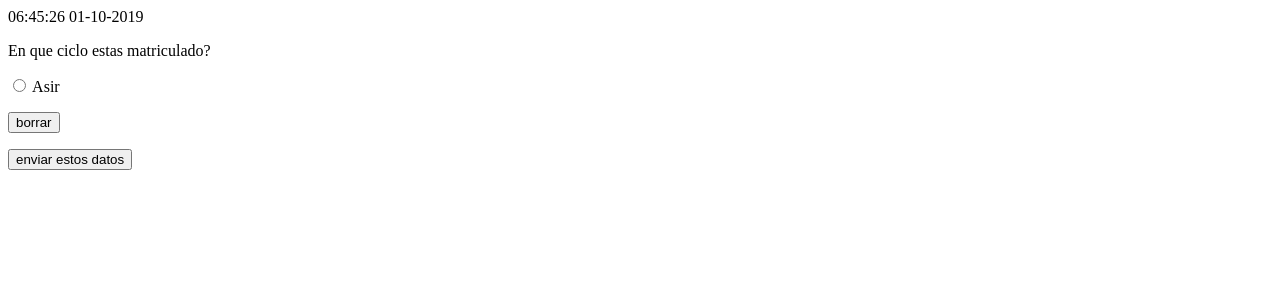
Repository: weertop/2DAW
Page: http://localhost/Formularios/checkRadio.jsp
An editor plug-in stored every save of this project. The page is shown before and after the next save, followed by the edit.
The browser window is 1280 px wide. The pictures show the whole page.
The page is served by Tomcat 9. Other server files are loaded and not shown.

Above is the page before, as saved 2019-10-02 08:39:26.

### DWServidor/eclipse-workspace-photom/Formularios/WebContent/checkRadio.jsp
<%@ page language="java" contentType="text/html; charset=UTF-8"
    pageEncoding="UTF-8"%>
<%@ page import="java.util.*, java.text.*" %>
<!DOCTYPE html>
<html>
<head>
<meta charset="UTF-8">
<title>Insert title here</title>
</head>
<body>
	<%
		Date fecha = new Date();
		String fechaFormato = "hh:mm:ss dd-MM-yyyy";
		SimpleDateFormat obj = new SimpleDateFormat(fechaFormato);
		out.println(obj.format(fecha));

	%>

	<form action="destinoCheckRadio.jsp" method="post">
		<p> En que ciclo estas matriculado? </p>
		<input type="radio" name="ciclo" value="asir" /> Asir<br/>
		<p> <input type="reset" name="borrar" value="borrar" />	</p>
		<p> <input type="submit" name="enviar" value="enviar estos datos" /> </p> <!-- el value es lo que se enviara -->
	</form>
</body>
</html>

After the next save:
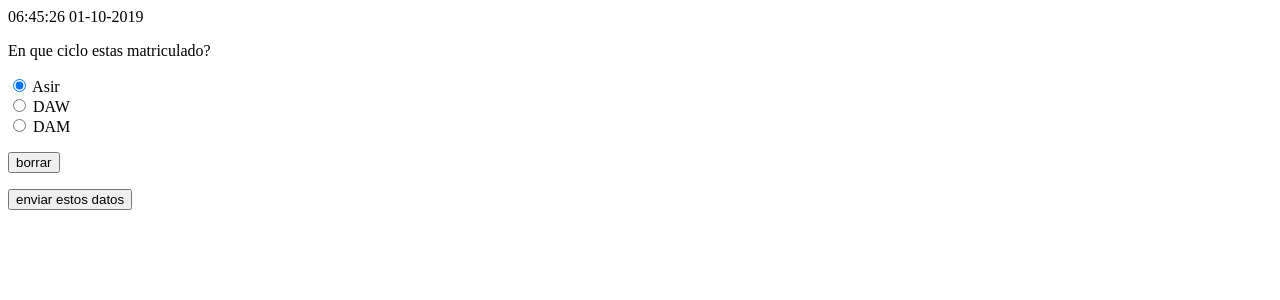
Saved 53 s later.
--- a/DWServidor/eclipse-workspace-photom/Formularios/WebContent/checkRadio.jsp
+++ b/DWServidor/eclipse-workspace-photom/Formularios/WebContent/checkRadio.jsp
@@ -18,7 +18,10 @@
 
 	<form action="destinoCheckRadio.jsp" method="post">
 		<p> En que ciclo estas matriculado? </p>
-		<input type="radio" name="ciclo" value="asir" /> Asir<br/>
+		<input type="radio" name="ciclo" value="asir" checked/> Asir<br/>
+		<input type="radio" name="ciclo" value="daw" /> DAW<br/>
+		<input type="radio" name="ciclo" value="dam" /> DAM<br/>
+
 		<p> <input type="reset" name="borrar" value="borrar" />	</p>
 		<p> <input type="submit" name="enviar" value="enviar estos datos" /> </p> <!-- el value es lo que se enviara -->
 	</form>
